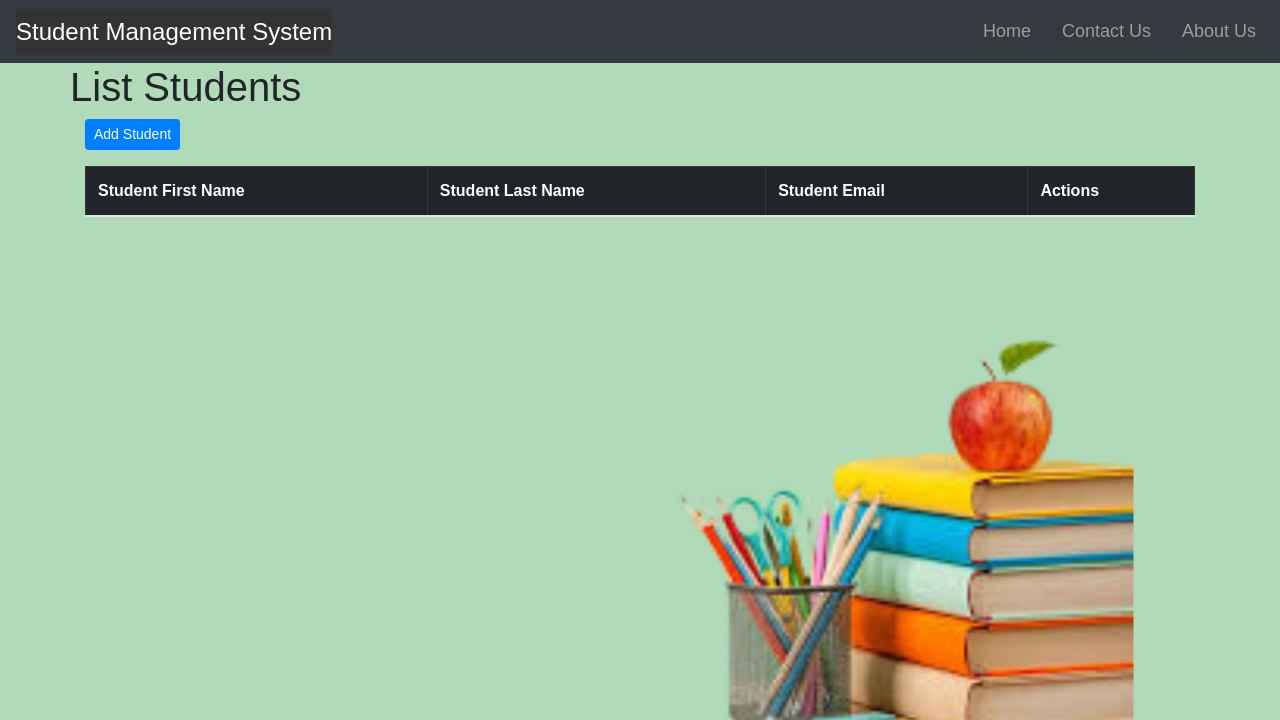
Repository: marthamutsvandiani/student_management_system
Page: http://localhost/Students
An editor plug-in stored every save of this project. The page is shown before and after the next save, followed by the edit.
The browser window is 1280 px wide. The pictures show the whole page.
The page is this project's Thymeleaf template; nobody is signed in. The template is opened directly, without the code that normally fills it, so the values that code supplies are empty.

Above is the page before, as saved 2024-11-01 15:00:09.

After the next save:
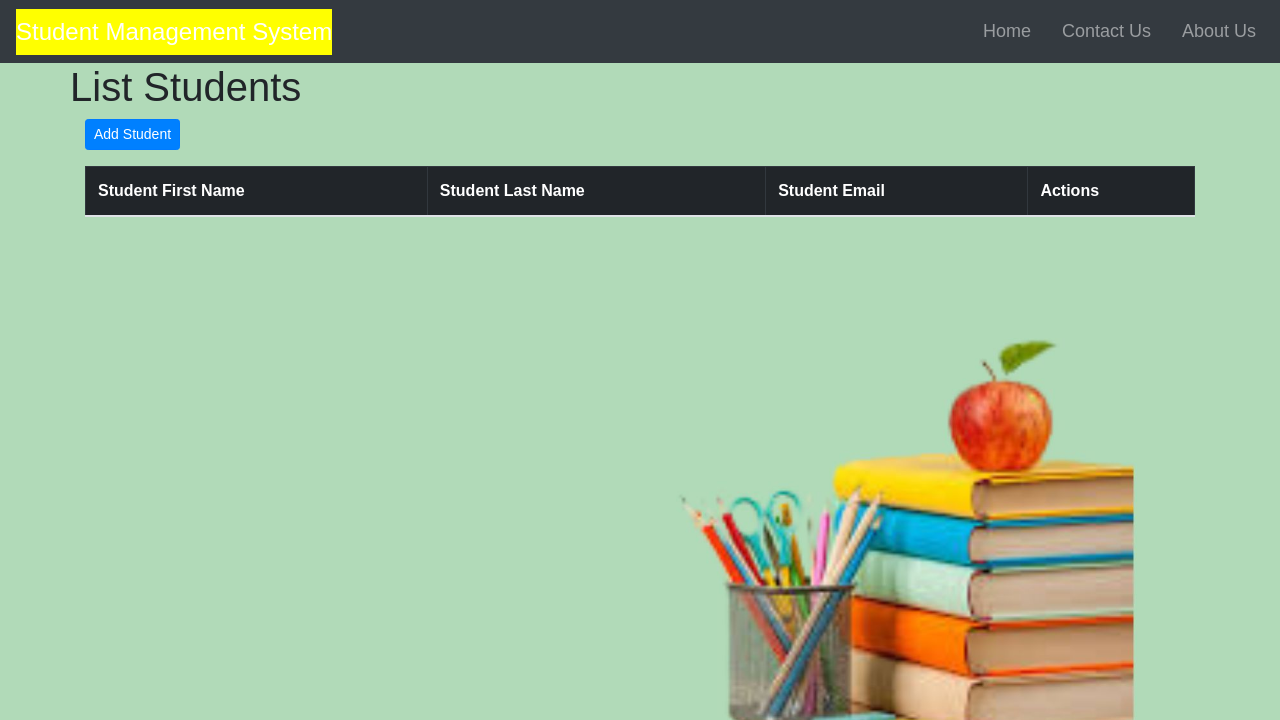
Saved 2 min 31 s later.
--- a/studentmanagementsystem/src/main/resources/static/css/styles.css
+++ b/studentmanagementsystem/src/main/resources/static/css/styles.css
@@ -55,7 +55,7 @@ body {
 
 .navbar-brand {
     font-size: 24px; /* Increases the brand font size */
-	background-color:#333;
+	background-color:rgb(255, 255, 0);
 }
 
 
